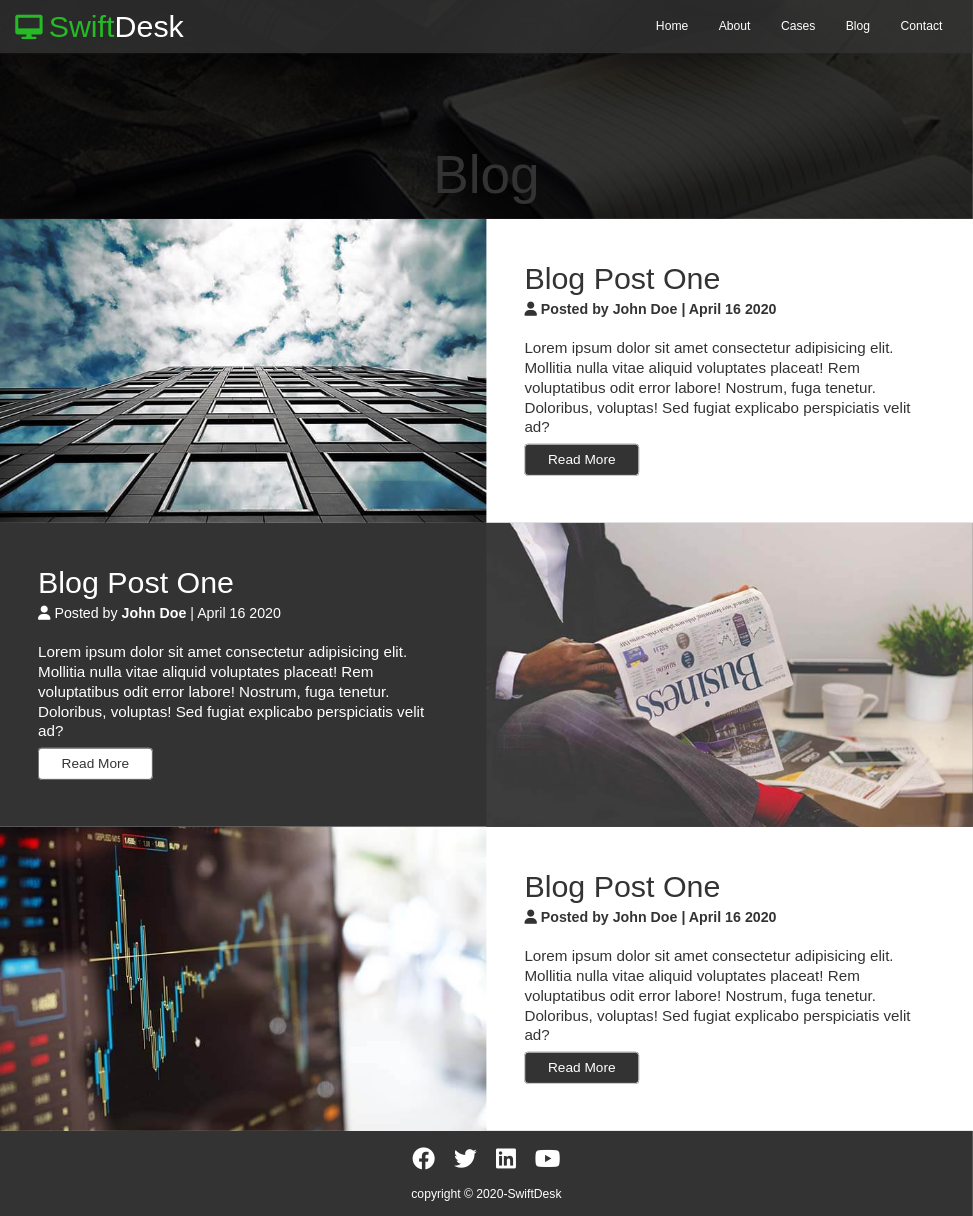
Repository: reemoon-ctrl/swiftdisk-Website-Flexbox
Page: blog.html
These files come from the project's save history. The page is drawn as it stood at one moment and after the next save; the edit follows.
The browser window is 1280 px wide. The pictures show the whole page, at 76% of full size.

Above is the page before, as saved 2024-07-29 13:00:51.

After the next save:
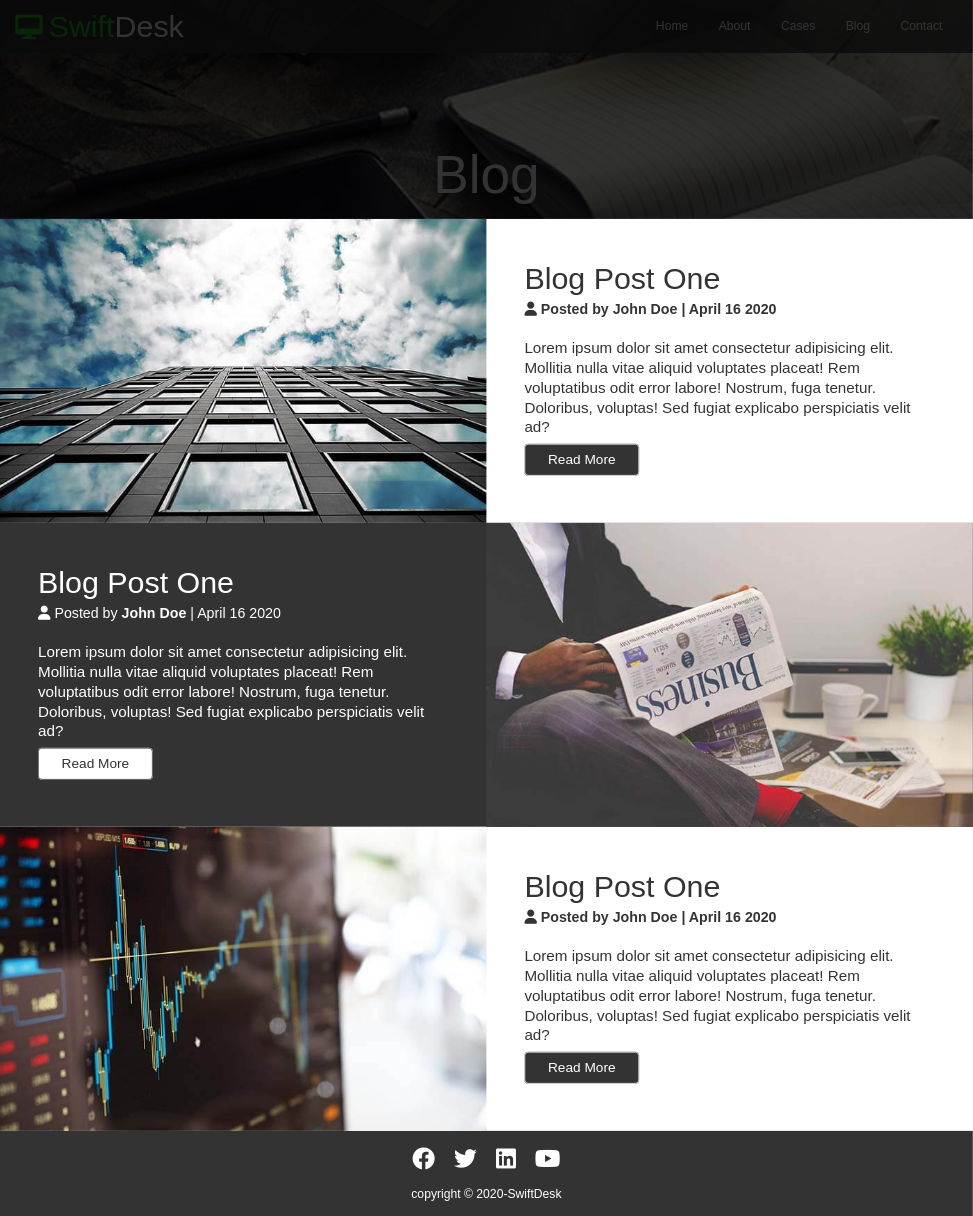
Saved 8 s later.
--- a/index.css
+++ b/index.css
@@ -341,7 +341,7 @@ footer p{
     position: relative;
     background:  url('img/home/blog.jpg') no-repeat center center/cover ;
  }
- .blog-case *{
+ .blog-case >*{
     z-index: 10;
 }
  .blog-case::before{

After the save that followed:
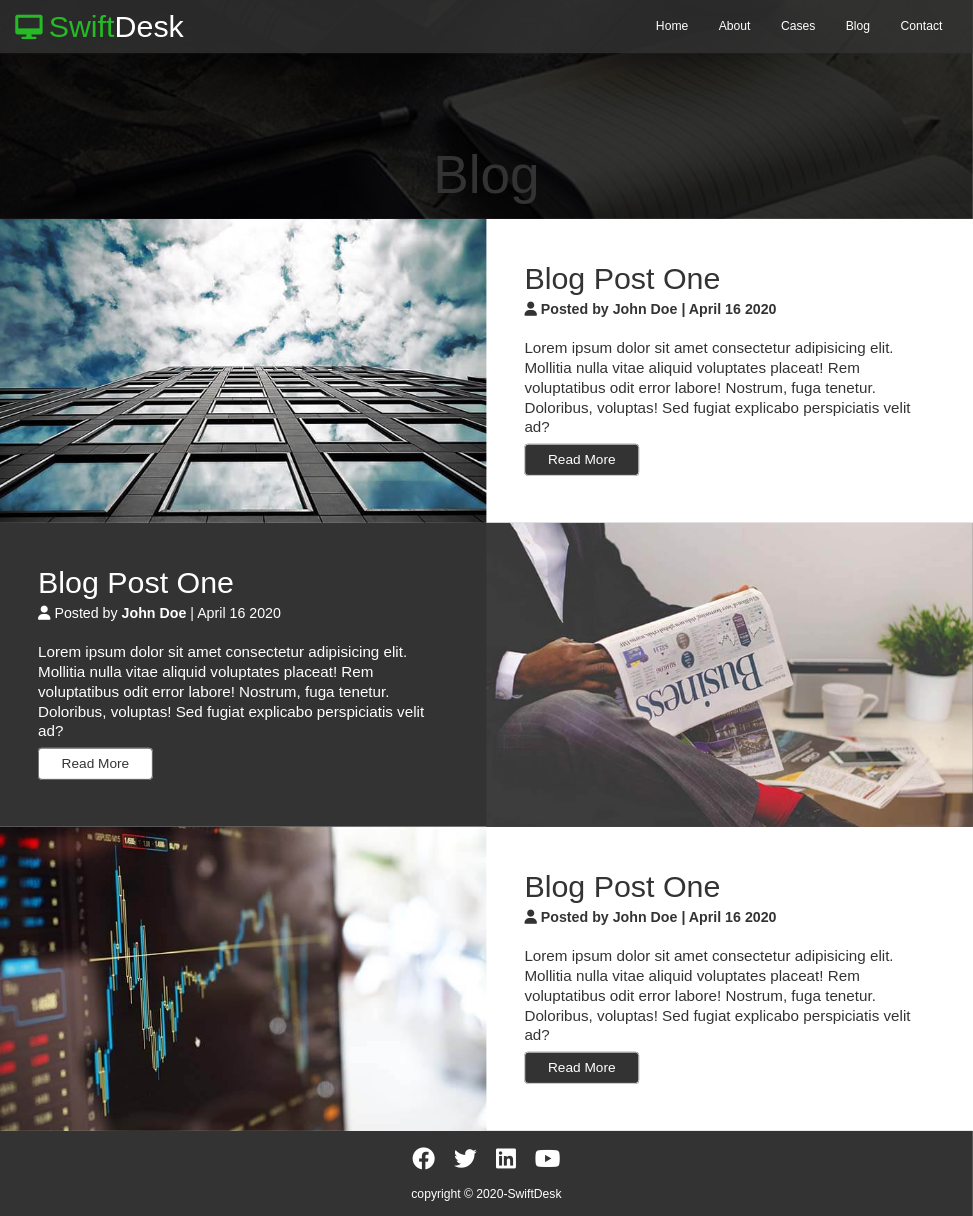
Saved 16 s later.
--- a/index.css
+++ b/index.css
@@ -352,7 +352,7 @@ footer p{
     top:0;
     width: 100%;
     height:100%;
-    z-index: 1;
+
  }
 .blog-h1{
     /* height:100%; */
